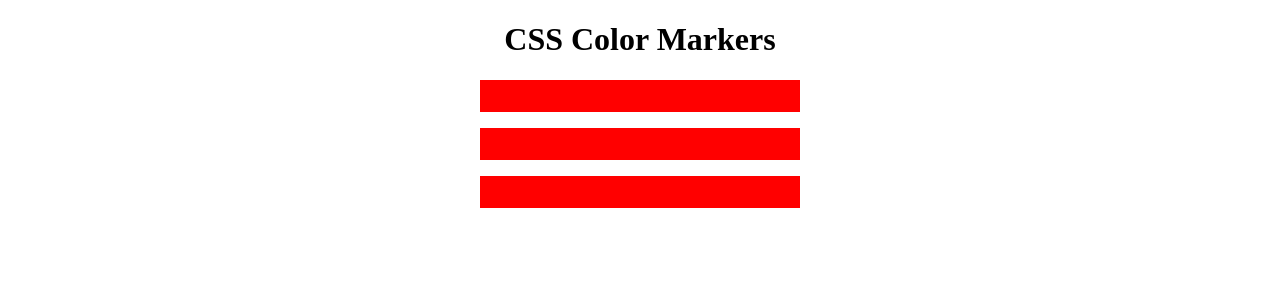
Repository: Lungdjos/color_markers
Page: index.html
These files come from the project's save history. The page is drawn as it stood at one moment and after the next save; the edit follows.
The browser window is 1280 px wide. The pictures show the whole page.

Above is the page before, as saved 2023-09-13 10:58:18.

### index.html
<!DOCTYPE html>
<html lang="en">

<head>
    <meta charset="UTF-8">
    <meta name="viewport" content="width=device-width, initial-scale=1.0">
    <title>Colored Markers</title>
    <link rel="stylesheet" href="styles.css">
</head>

<body>
    <h1>CSS Color Markers</h1>
    <div class="container">
        <div class="marker"></div>
        <div class="marker"></div>
        <div class="marker"></div>
    </div>
</body>

</html>

### styles.css
/* STYLING */

h1 {
    text-align: center;
}

.marker {
    background-color: red;
    width: 320px;
    height: 32px;
    margin: 16px auto;
}

After the next save:
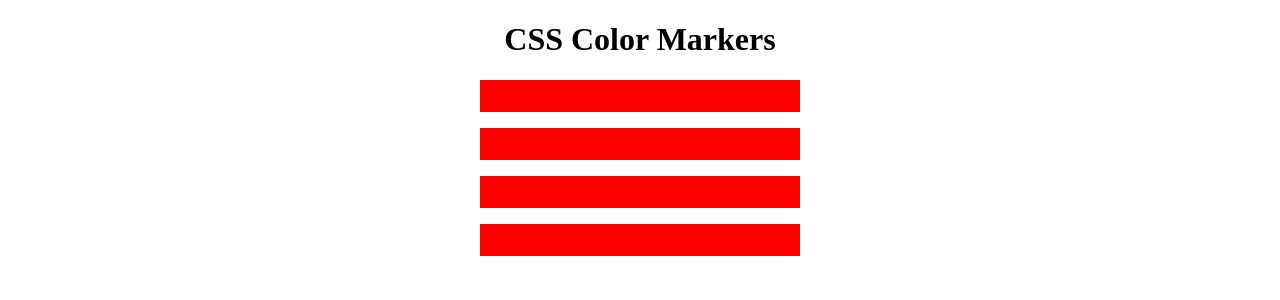
Saved 9 s later.
--- a/index.html
+++ b/index.html
@@ -14,6 +14,7 @@
         <div class="marker"></div>
         <div class="marker"></div>
         <div class="marker"></div>
+        <div class="marker"></div>
     </div>
 </body>
 
